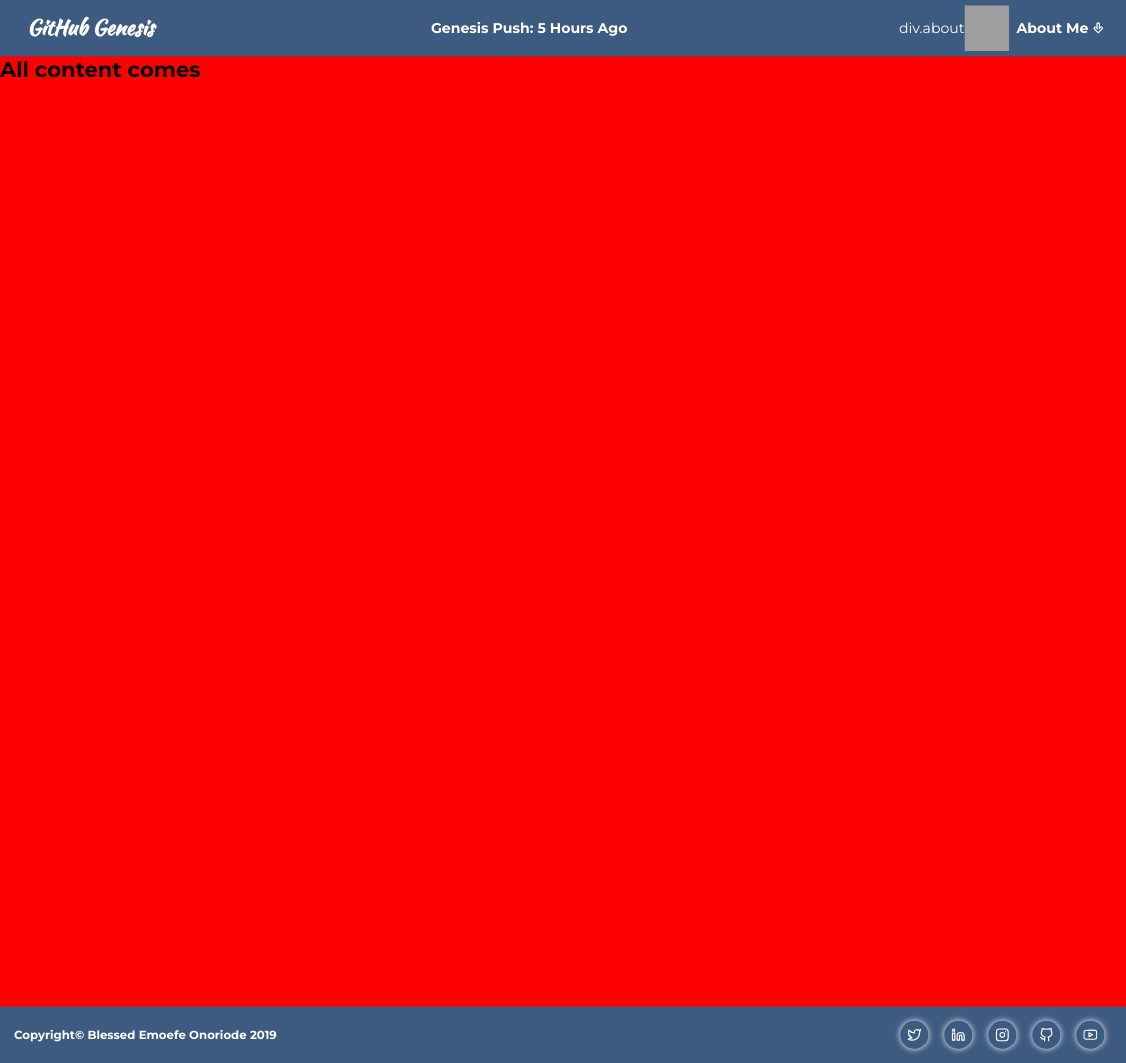
Repository: BlessedEmoefe/github-genesis
Page: /
These files come from the project's save history. The page is drawn as it stood at one moment and after the next save; the edit follows.
The browser window is 1280 px wide. The pictures show the whole page, at 88% of full size.
Pictures or frames that could not be fetched are drawn as grey boxes. The project was rebuilt for these pictures with package versions that can differ from the ones it lists, and the page was loaded fresh each time.

Above is the page before, as saved 2021-04-04 21:51:35.

After the next save:
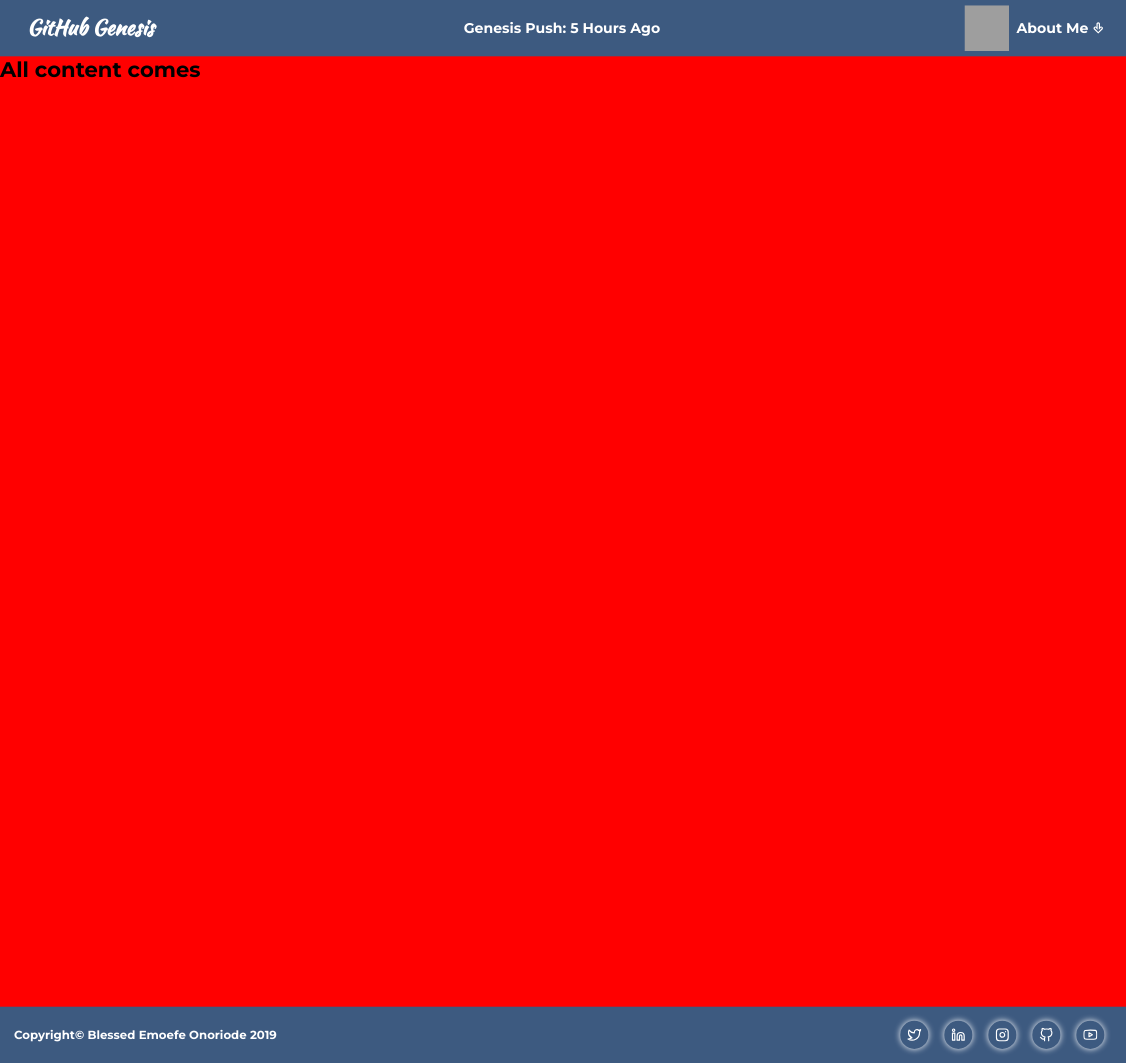
Saved 8 s later.
--- a/src/component/profile/index.jsx
+++ b/src/component/profile/index.jsx
@@ -26,7 +26,9 @@ const Profile = (...otherProps) => {
   ];
   return (
     <ProfileStyles isOpen={isOpen}>
-      div.about
+      <div className="aboutContainer">
+
+      </div>
       <div className="imageContainer" onClick={OpenProfileModal}>
         <img src={ProfileImage} alt="profileimg" width="100%" height="100%" />
       </div>
